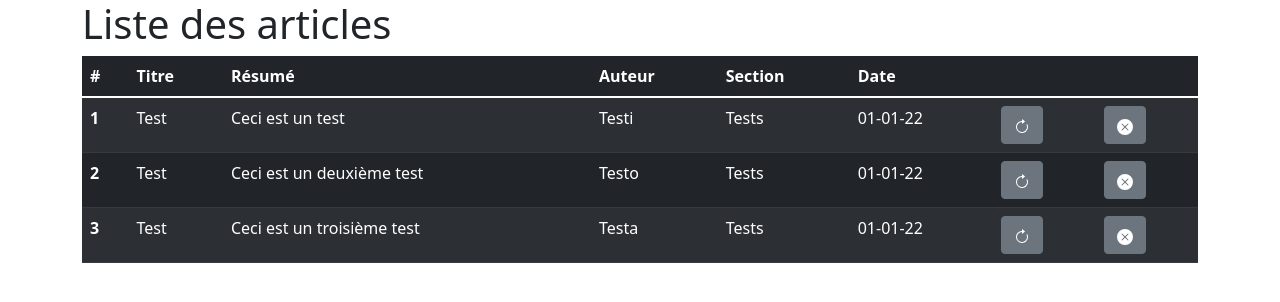
Repository: QuentinFayt/NewsWeb
Page: sources/adminNewsWeb/articlesList.html
These files come from the project's save history. The page is drawn as it stood at one moment and after the next save; the edit follows.
The browser window is 1280 px wide. The pictures show the whole page.

Above is the page before, as saved 2021-12-23 12:05:46.

### sources/adminNewsWeb/articlesList.html
<!doctype html>
<html lang="fr">

<head>
    <meta charset="utf-8">
    <meta name="viewport" content="width=device-width, initial-scale=1">
    <link href="https://cdn.jsdelivr.net/npm/bootstrap@5.1.3/dist/css/bootstrap.min.css" rel="stylesheet" integrity="sha384-1BmE4kWBq78iYhFldvKuhfTAU6auU8tT94WrHftjDbrCEXSU1oBoqyl2QvZ6jIW3" crossorigin="anonymous">
    <title>Liste des articles</title>
</head>

<body>
    <main class="container">
        <h1>Liste des articles</h1>
        <table class="table table-dark table-striped">
            <thead>
                <tr>
                    <th scope="col">#</th>
                    <th scope="col">Titre</th>
                    <th scope="col">Résumé</th>
                    <th scope="col">Auteur</th>
                    <th scope="col">Section</th>
                    <th scope="col">Date</th>
                    <th scope="col"></th>
                    <th scope="col"></th>
                </tr>
            </thead>
            <tbody>
                <tr>
                    <th scope="row">1</th>
                    <td>Test</td>
                    <td>Ceci est un test</td>
                    <td>Testi</td>
                    <td>Tests</td>
                    <td>01-01-22</td>
                    <td><button type="button" class="btn btn-secondary">
                            <svg xmlns="http://www.w3.org/2000/svg" width="16" height="16" fill="currentColor" class="bi bi-arrow-clockwise" viewBox="0 0 16 16">
                                <path fill-rule="evenodd" d="M8 3a5 5 0 1 0 4.546 2.914.5.5 0 0 1 .908-.417A6 6 0 1 1 8 2v1z"></path>
                                <path d="M8 4.466V.534a.25.25 0 0 1 .41-.192l2.36 1.966c.12.1.12.284 0 .384L8.41 4.658A.25.25 0 0 1 8 4.466z"></path>
                            </svg>
                        </button></td>
                    <td><button type="button" class="btn btn-secondary">
                            <svg xmlns="http://www.w3.org/2000/svg" width="16" height="16" fill="currentColor" class="bi bi-x-circle-fill" viewBox="0 0 16 16">
                                <path d="M16 8A8 8 0 1 1 0 8a8 8 0 0 1 16 0zM5.354 4.646a.5.5 0 1 0-.708.708L7.293 8l-2.647 2.646a.5.5 0 0 0 .708.708L8 8.707l2.646 2.647a.5.5 0 0 0 .708-.708L8.707 8l2.647-2.646a.5.5 0 0 0-.708-.708L8 7.293 5.354 4.646z"></path>
                            </svg>
                        </button></td>
                </tr>
                <tr>
                    <th scope="row">2</th>
                    <td>Test</td>
                    <td>Ceci est un deuxième test</td>
                    <td>Testo</td>
                    <td>Tests</td>
                    <td>01-01-22</td>
                    <td><button type="button" class="btn btn-secondary">
                            <svg xmlns="http://www.w3.org/2000/svg" width="16" height="16" fill="currentColor" class="bi bi-arrow-clockwise" viewBox="0 0 16 16">
                                <path fill-rule="evenodd" d="M8 3a5 5 0 1 0 4.546 2.914.5.5 0 0 1 .908-.417A6 6 0 1 1 8 2v1z"></path>
                                <path d="M8 4.466V.534a.25.25 0 0 1 .41-.192l2.36 1.966c.12.1.12.284 0 .384L8.41 4.658A.25.25 0 0 1 8 4.466z"></path>
                            </svg>
                        </button></td>
                    <td><button type="button" class="btn btn-secondary">
                            <svg xmlns="http://www.w3.org/2000/svg" width="16" height="16" fill="currentColor" class="bi bi-x-circle-fill" viewBox="0 0 16 16">
                                <path d="M16 8A8 8 0 1 1 0 8a8 8 0 0 1 16 0zM5.354 4.646a.5.5 0 1 0-.708.708L7.293 8l-2.647 2.646a.5.5 0 0 0 .708.708L8 8.707l2.646 2.647a.5.5 0 0 0 .708-.708L8.707 8l2.647-2.646a.5.5 0 0 0-.708-.708L8 7.293 5.354 4.646z"></path>
                            </svg>
                        </button></td>
                </tr>
                <tr>
                    <th scope="row">3</th>
                    <td>Test</td>
                    <td>Ceci est un troisième test</td>
                    <td>Testa</td>
                    <td>Tests</td>
                    <td>01-01-22</td>
                    <td><button type="button" class="btn btn-secondary">
                            <svg xmlns="http://www.w3.org/2000/svg" width="16" height="16" fill="currentColor" class="bi bi-arrow-clockwise" viewBox="0 0 16 16">
                                <path fill-rule="evenodd" d="M8 3a5 5 0 1 0 4.546 2.914.5.5 0 0 1 .908-.417A6 6 0 1 1 8 2v1z"></path>
                                <path d="M8 4.466V.534a.25.25 0 0 1 .41-.192l2.36 1.966c.12.1.12.284 0 .384L8.41 4.658A.25.25 0 0 1 8 4.466z"></path>
                            </svg>
                        </button></td>
                    <td><button type="button" class="btn btn-secondary">
                            <svg xmlns="http://www.w3.org/2000/svg" width="16" height="16" fill="currentColor" class="bi bi-x-circle-fill" viewBox="0 0 16 16">
                                <path d="M16 8A8 8 0 1 1 0 8a8 8 0 0 1 16 0zM5.354 4.646a.5.5 0 1 0-.708.708L7.293 8l-2.647 2.646a.5.5 0 0 0 .708.708L8 8.707l2.646 2.647a.5.5 0 0 0 .708-.708L8.707 8l2.647-2.646a.5.5 0 0 0-.708-.708L8 7.293 5.354 4.646z"></path>
                            </svg>
                        </button></td>
                </tr>
            </tbody>
        </table>
    </main>
    <script src="https://cdn.jsdelivr.net/npm/bootstrap@5.1.3/dist/js/bootstrap.bundle.min.js" integrity="sha384-ka7Sk0Gln4gmtz2MlQnikT1wXgYsOg+OMhuP+IlRH9sENBO0LRn5q+8nbTov4+1p" crossorigin="anonymous"></script>
</body>

</html>

After the next save:
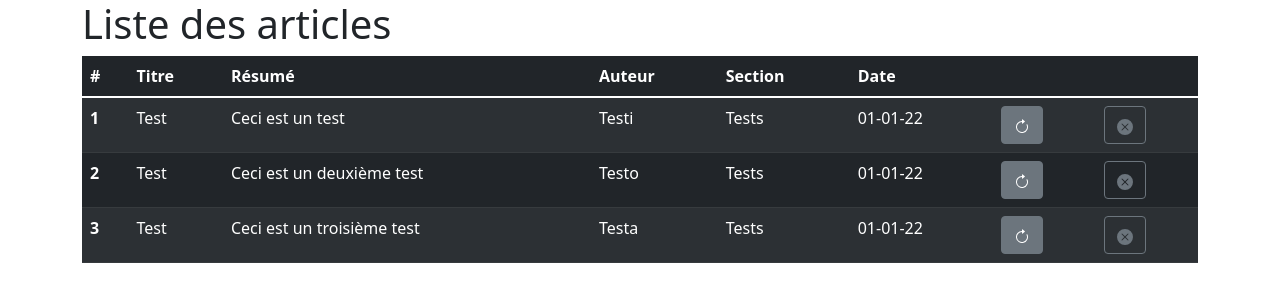
Saved 37 s later.
--- a/sources/adminNewsWeb/articlesList.html
+++ b/sources/adminNewsWeb/articlesList.html
@@ -38,10 +38,13 @@
                                 <path d="M8 4.466V.534a.25.25 0 0 1 .41-.192l2.36 1.966c.12.1.12.284 0 .384L8.41 4.658A.25.25 0 0 1 8 4.466z"></path>
                             </svg>
                         </button></td>
-                    <td><button type="button" class="btn btn-secondary">
+                    <td><button type="button" class="btn btn-outline-secondary">
                             <svg xmlns="http://www.w3.org/2000/svg" width="16" height="16" fill="currentColor" class="bi bi-x-circle-fill" viewBox="0 0 16 16">
                                 <path d="M16 8A8 8 0 1 1 0 8a8 8 0 0 1 16 0zM5.354 4.646a.5.5 0 1 0-.708.708L7.293 8l-2.647 2.646a.5.5 0 0 0 .708.708L8 8.707l2.646 2.647a.5.5 0 0 0 .708-.708L8.707 8l2.647-2.646a.5.5 0 0 0-.708-.708L8 7.293 5.354 4.646z"></path>
                             </svg>
+                            <span class="visually-hidden">Button</span>
+                        </button></path>
+                        </svg>
                         </button></td>
                 </tr>
                 <tr>
@@ -57,10 +60,13 @@
                                 <path d="M8 4.466V.534a.25.25 0 0 1 .41-.192l2.36 1.966c.12.1.12.284 0 .384L8.41 4.658A.25.25 0 0 1 8 4.466z"></path>
                             </svg>
                         </button></td>
-                    <td><button type="button" class="btn btn-secondary">
+                    <td><button type="button" class="btn btn-outline-secondary">
                             <svg xmlns="http://www.w3.org/2000/svg" width="16" height="16" fill="currentColor" class="bi bi-x-circle-fill" viewBox="0 0 16 16">
                                 <path d="M16 8A8 8 0 1 1 0 8a8 8 0 0 1 16 0zM5.354 4.646a.5.5 0 1 0-.708.708L7.293 8l-2.647 2.646a.5.5 0 0 0 .708.708L8 8.707l2.646 2.647a.5.5 0 0 0 .708-.708L8.707 8l2.647-2.646a.5.5 0 0 0-.708-.708L8 7.293 5.354 4.646z"></path>
                             </svg>
+                            <span class="visually-hidden">Button</span>
+                        </button></path>
+                        </svg>
                         </button></td>
                 </tr>
                 <tr>
@@ -76,10 +82,13 @@
                                 <path d="M8 4.466V.534a.25.25 0 0 1 .41-.192l2.36 1.966c.12.1.12.284 0 .384L8.41 4.658A.25.25 0 0 1 8 4.466z"></path>
                             </svg>
                         </button></td>
-                    <td><button type="button" class="btn btn-secondary">
+                    <td><button type="button" class="btn btn-outline-secondary">
                             <svg xmlns="http://www.w3.org/2000/svg" width="16" height="16" fill="currentColor" class="bi bi-x-circle-fill" viewBox="0 0 16 16">
                                 <path d="M16 8A8 8 0 1 1 0 8a8 8 0 0 1 16 0zM5.354 4.646a.5.5 0 1 0-.708.708L7.293 8l-2.647 2.646a.5.5 0 0 0 .708.708L8 8.707l2.646 2.647a.5.5 0 0 0 .708-.708L8.707 8l2.647-2.646a.5.5 0 0 0-.708-.708L8 7.293 5.354 4.646z"></path>
                             </svg>
+                            <span class="visually-hidden">Button</span>
+                        </button></path>
+                        </svg>
                         </button></td>
                 </tr>
             </tbody>
